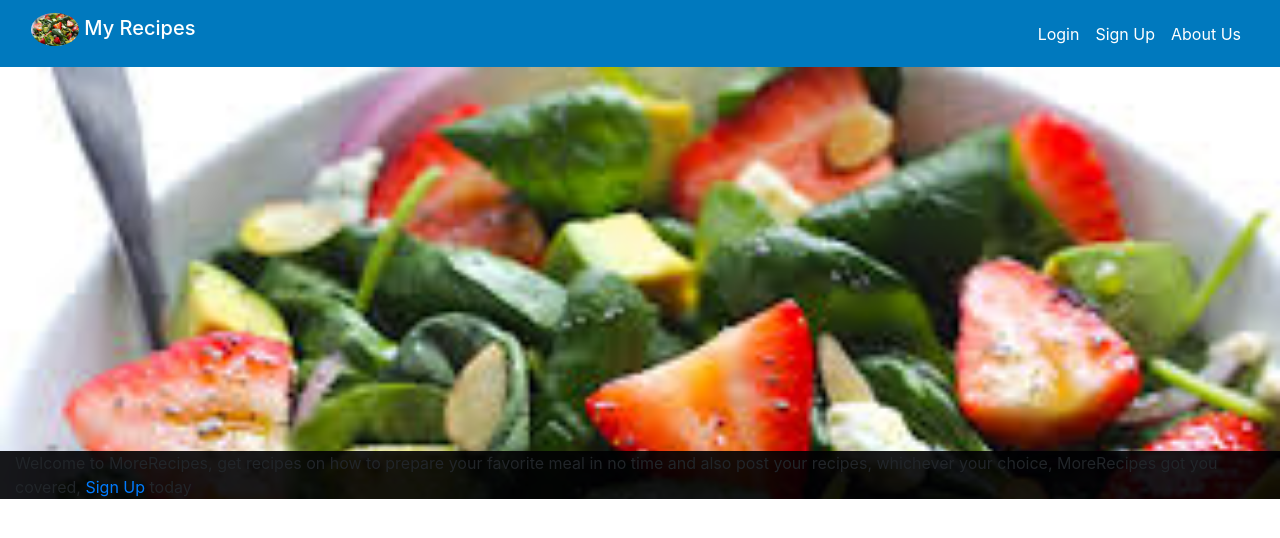
Repository: UggoPrince/more-recipes
Page: html/index.html
An editor plug-in stored every save of this project. The page is shown before and after the next save, followed by the edit.
The browser window is 1280 px wide. The pictures show the whole page.

Above is the page before, as saved 2018-07-30 06:41:04.

### html/index.html
<html lang="en">
<head>
  <meta charset="UTF-8">
  <meta name="viewport" content="width=device-width, initial-scale=1.0">
  <meta http-equiv="X-UA-Compatible" content="ie=edge">
  <link rel="stylesheet" href="https://maxcdn.bootstrapcdn.com/bootstrap/4.0.0/css/bootstrap.min.css" integrity="sha384-Gn5384xqQ1aoWXA+058RXPxPg6fy4IWvTNh0E263XmFcJlSAwiGgFAW/dAiS6JXm" crossorigin="anonymous"/>
  <style>
    main {
      background-color: rgba(0, 0, 3, 0.9);
    }
    div#content {
      background-size: 100vw;
      background-repeat: no-repeat;
      background-image: url(../img/nav-image.jpg);
      background-size: 100vw;
      background-repeat: no-repeat;
      padding-top: 30%;
    }
    nav {
      background-color: #0079be;
      color: white;
    }
    .nav-link {
      color: white;
    }
  </style>
  <title>My Recipes Homepage</title>
</head>
<body>
  <nav class="xnav navbar navbar-expand-lg">
    <div class="container-fluid">
      <h3 style="color: white;" class="navbar-brand">
        <img class="rounded-circle" src="../img/nav-image.jpg" style="width: 48px;" alt="logo"/>
        My Recipes
      </h3>
      <button class="navbar-toggler" type="button" data-toggle="collapse" aria-controls="navDropdown" aria-expanded="false" aria-label="Toggle Navigation" data-target="#navDropdown" >
        <span class="navbar-toggler-icon"></span>
      </button>
      <div class="collapse navbar-collapse justify-content-end brand-anchor" id="navDropdown">
        <ul class="navbar-nav">
          <li class="nav-item">
            <a class="nav-link" href="login.html">Login</a>
          </li>
          <li class="nav-item">
            <a class="nav-link" href="signup.html">Sign Up</a>
          </li>
          <li class="nav-item">
            <a class="nav-link" href="about.html">About Us</a>
          </li>
        </ul>
      </div>
    </div>
  </nav>
  <div id="content">
  <main class="container-fluid">
    Welcome to MoreRecipes, get recipes on how to prepare your favorite meal in no time and also post your recipes, whichever your choice, MoreRecipes got you covered, <a href="signup.html">Sign Up</a> today
  </main>
  </div>
</body>
</html>

After the next save:
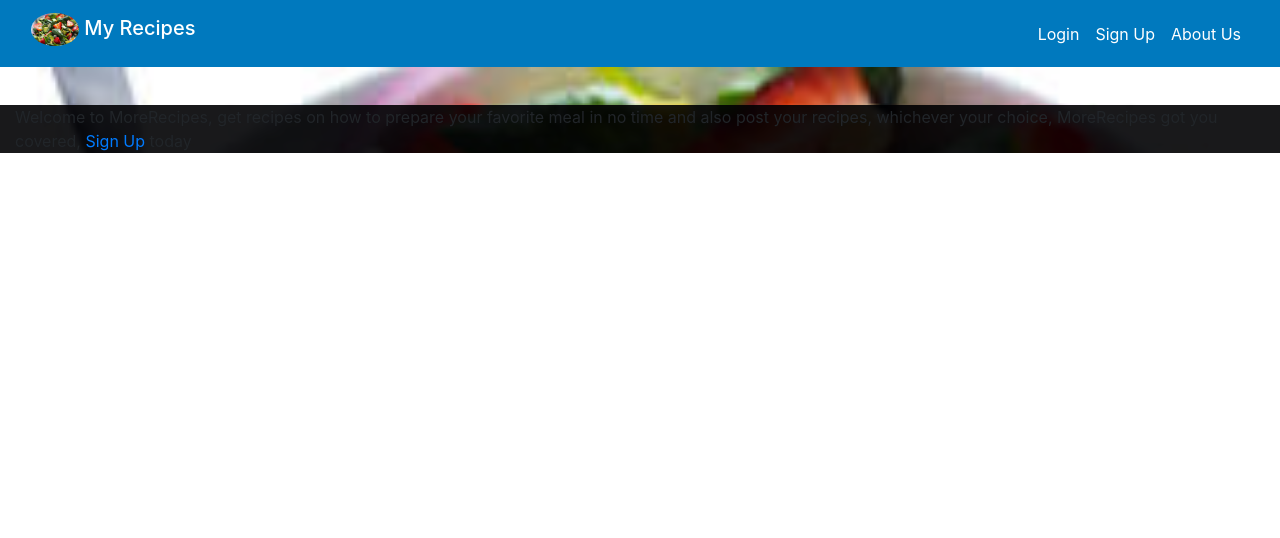
Saved 21 s later.
--- a/html/index.html
+++ b/html/index.html
@@ -14,7 +14,7 @@
       background-image: url(../img/nav-image.jpg);
       background-size: 100vw;
       background-repeat: no-repeat;
-      padding-top: 30%;
+      padding-top: 3%;
     }
     nav {
       background-color: #0079be;
